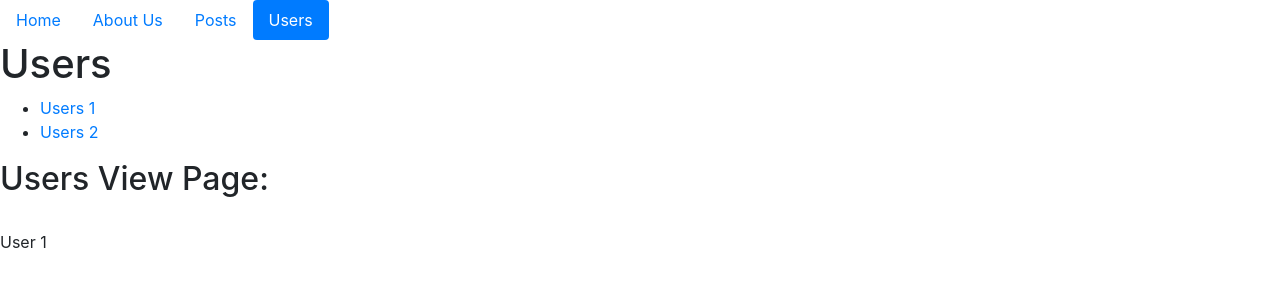
Repository: toufik17/vuejs
Page: /users/1
An editor plug-in stored every save of this project. The page is shown before and after the next save, followed by the edit.
The browser window is 1280 px wide. The pictures show the whole page.
The project was rebuilt for these pictures with package versions that can differ from the ones it lists, and the page was loaded fresh each time. Also part of the build but not shown: src/components/Home.vue, src/components/About.vue, src/components/Post.vue, src/components/Posts.vue, src/components/users/UsersHome.vue.

Above is the page before, as saved 2019-03-06 11:49:10.

After the next save:
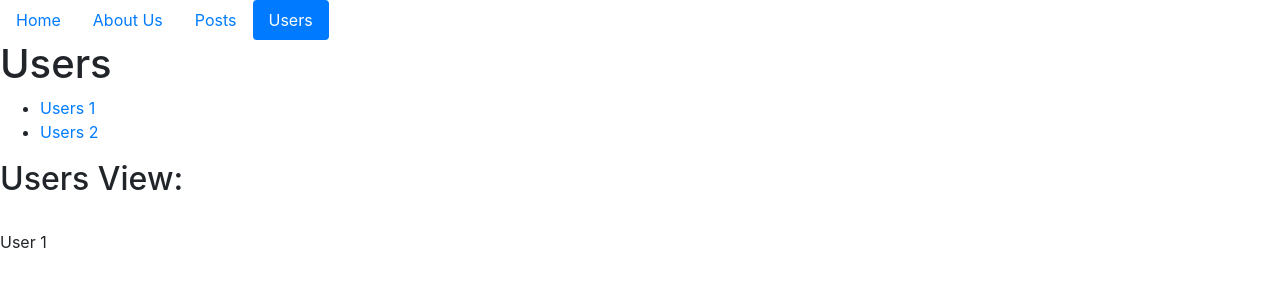
Saved 5 s later.
--- a/src/components/users/UsersViewHome.vue
+++ b/src/components/users/UsersViewHome.vue
@@ -1,6 +1,6 @@
 <template>
     <div>
-        <h2>Users View Page:</h2>
+        <h2>Users View:</h2>
         <br />
         User {{id}}
     </div>
